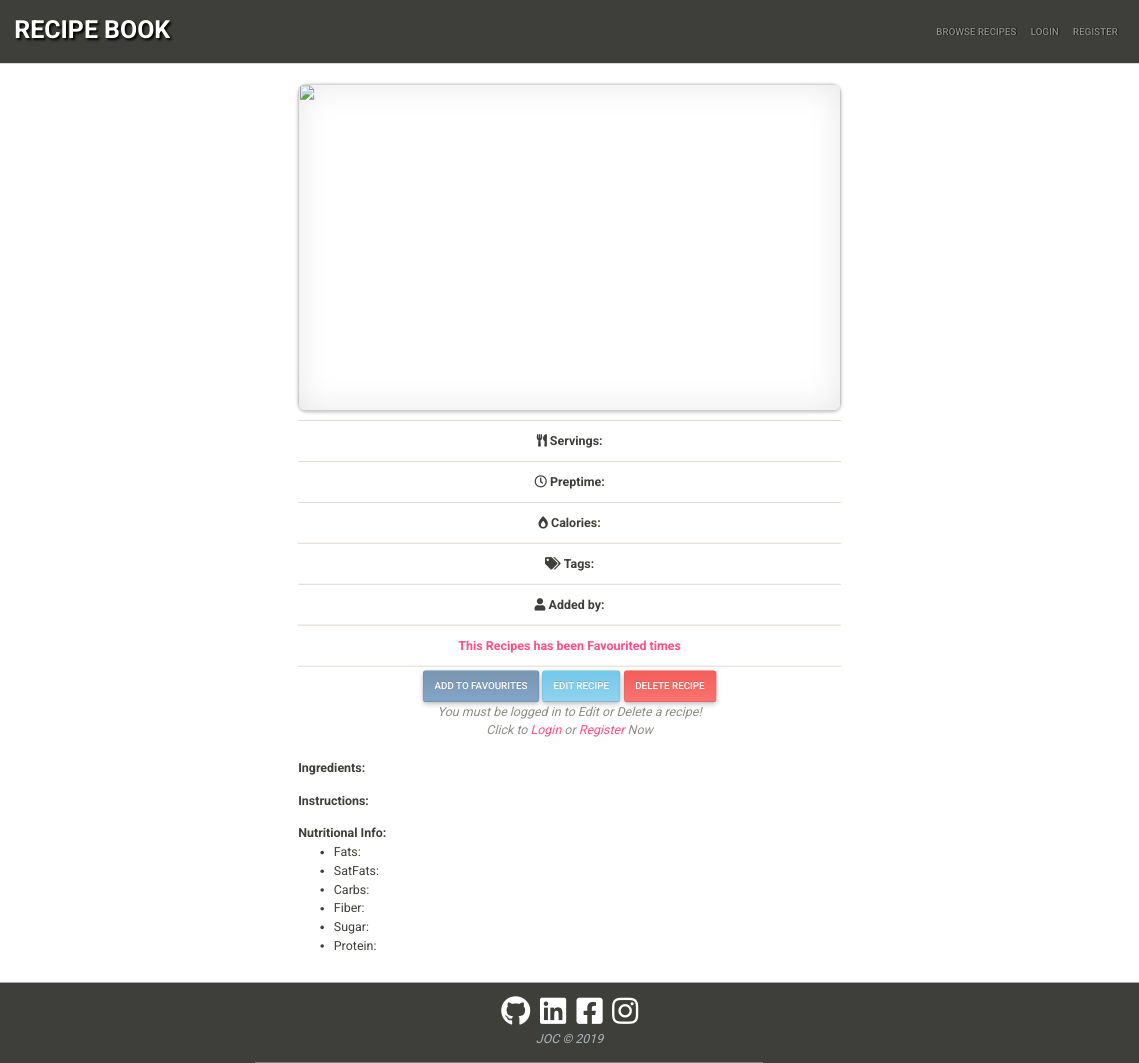
Repository: johnnycistudent/recipe-app
Page: templates/recipe_display.html
The author's editor kept a record of every edit. The page is drawn from the files as they stood at one moment, then again after the next edit.
The browser window is 1280 px wide. The pictures show the whole page, at 89% of full size.
Some web libraries are served in a nearby version. The page is served by the project's application, run on Flask 3 (app.py). The template is opened directly, without the code that normally fills it, so the values that code supplies are empty.

Above is the page before.

After the next edit:
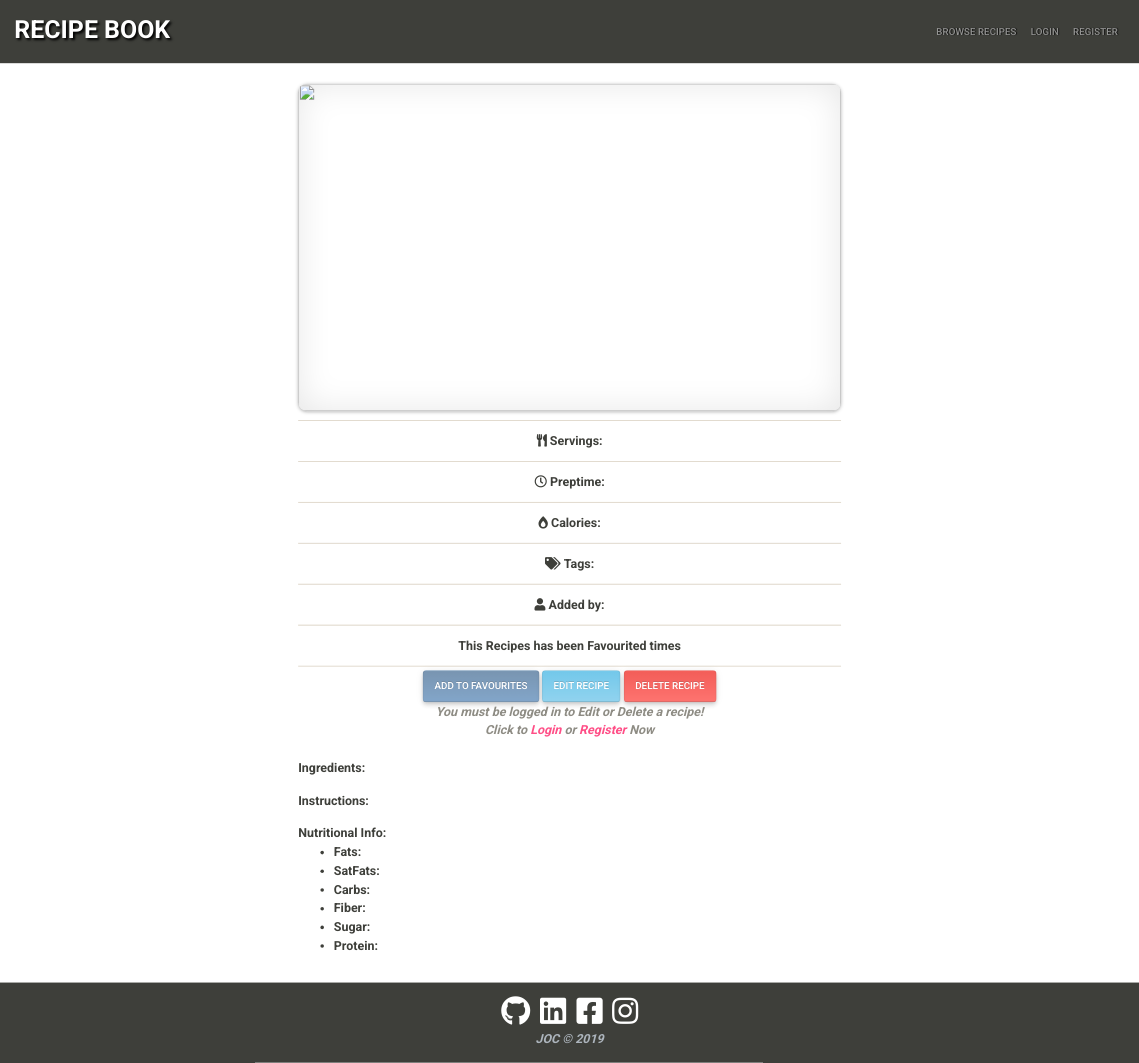
The edit:
--- a/templates/recipe_display.html
+++ b/templates/recipe_display.html
@@ -43,7 +43,7 @@
                     </span>
                 </li>
                 <li class="list-group-item">
-                    <span class="recipe-stats">
+                    <strong>
 
                         <!-- Link to Recipe Author's Page of Recipes -->
                         This Recipes has been Favourited {{ recipe.favourite_count }} times
